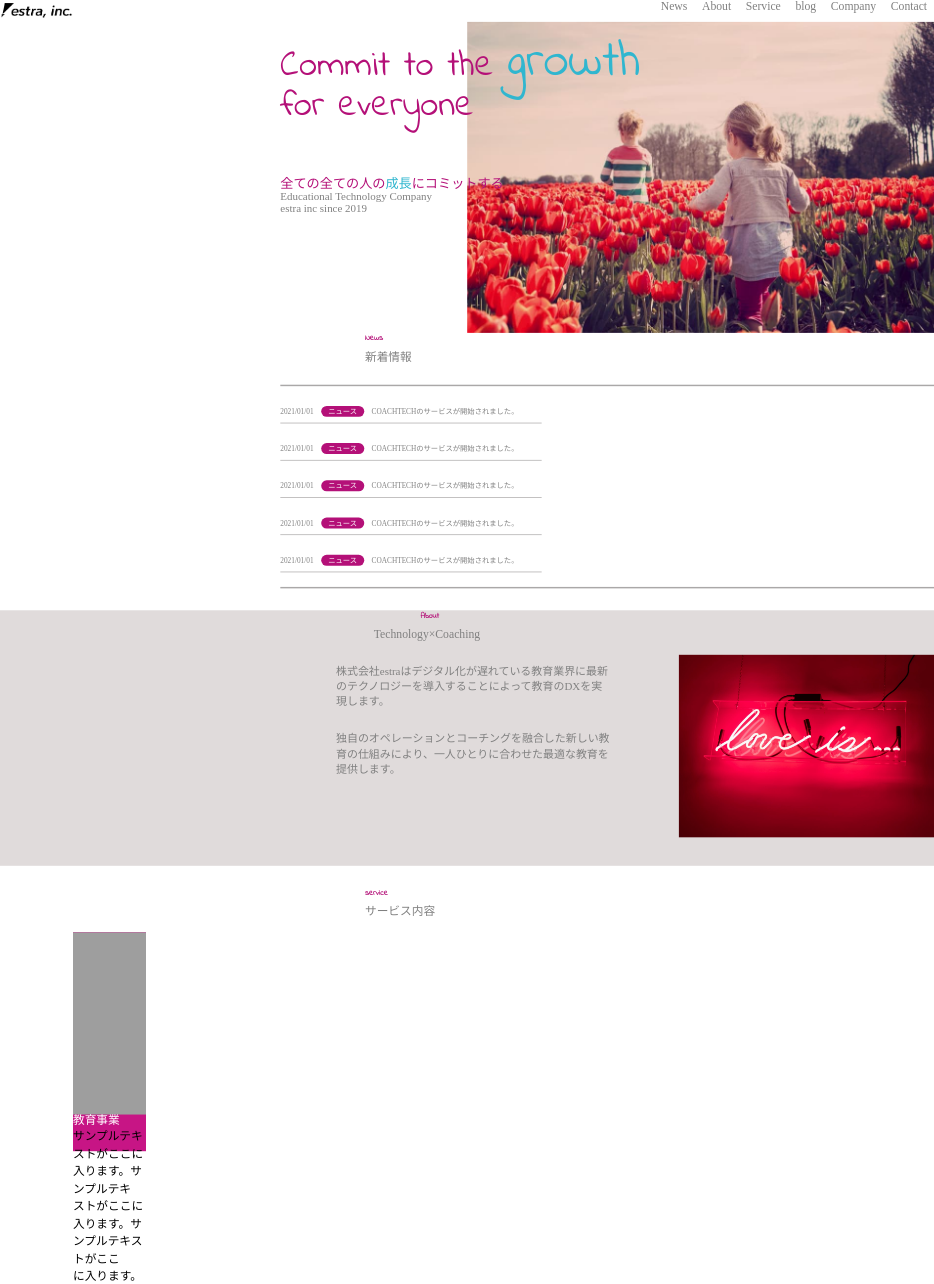
Repository: sigemasaasuka/20210902
Page: index.html
An editor plug-in stored every save of this project. The page is shown before and after a run of saves, followed by the edit.
The browser window is 1280 px wide. The pictures show the whole page, at 73% of full size.
Pictures or frames that could not be fetched are drawn as grey boxes.

Above is the page before, as saved 2021-09-25 20:56:52.

After the next 8 saves:
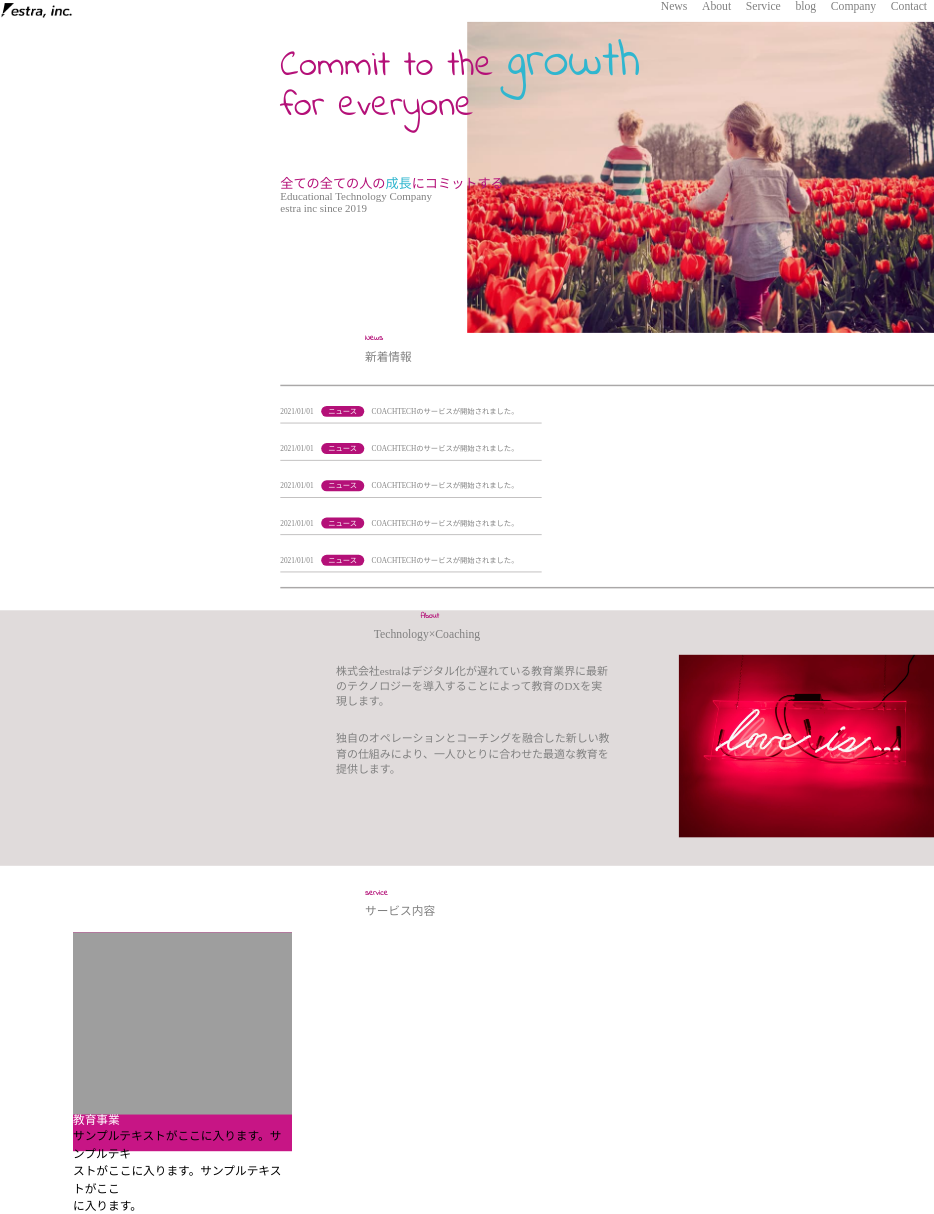
The 8 saves are shown as one change because they came seconds apart.
The last was saved 19 s later.
--- a/css/style.css
+++ b/css/style.css
@@ -169,10 +169,8 @@
   background-color: #c71585;
   margin-top: 20px;
   margin-left: 100px;
-    width: 300px;
-    height: 300px;
-  width: 100px;
-
+  width: 300px;
+  height: 300px;
 }
 
 .service__img {
